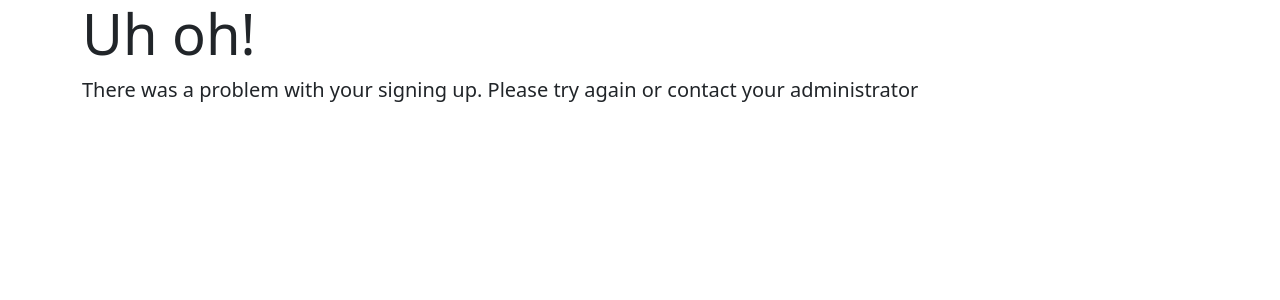
Repository: baodeptry02/newsletter-signup
Page: failure.html
These files come from the project's save history. The page is drawn as it stood at one moment and after the next save; the edit follows.
The browser window is 1280 px wide. The pictures show the whole page.

Above is the page before, as saved 2023-04-10 17:24:21.

After the next save:
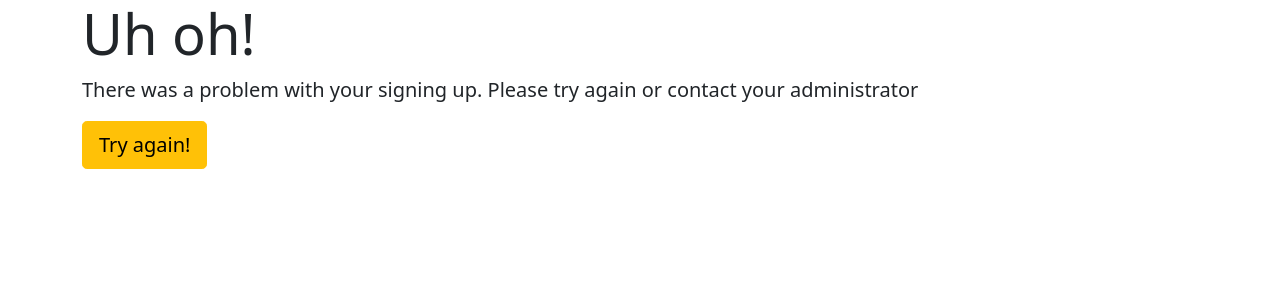
Saved 6 min 4 s later.
--- a/failure.html
+++ b/failure.html
@@ -12,6 +12,9 @@
         <div class="container">
             <h1 class="display-4">Uh oh!</h1>
             <p class="lead">There was a problem with your signing up. Please try again or contact your administrator</p>
+            <form action="/failure.html" method="post">
+                <button class="btn btn-lg btn-warning" type="submit name='button">Try again!</button>
+            </form>
         </div>
     </div>
 </body>
